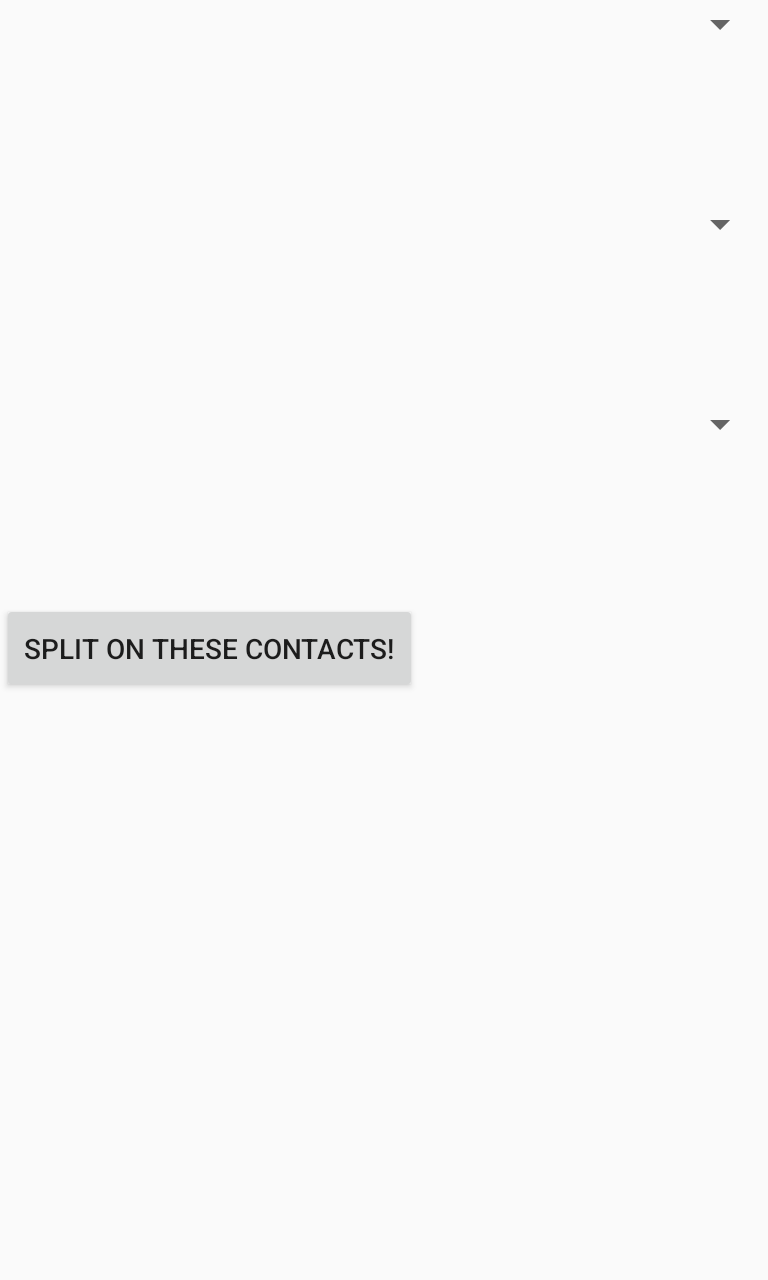
Repository: wisingd/Dajoroli
Layout: Workspace/SplitIt/res/layout/activity_split_adebt.xml
An editor plug-in stored every save of this project. The layout is shown before and after the next save, followed by the edit.
It is drawn on a 768 x 1280 px phone screen (xhdpi) without system bars, with theme AppTheme; the app's code is not run.

Above is the layout before, as saved 2014-05-16 08:39:49.

After the next save:
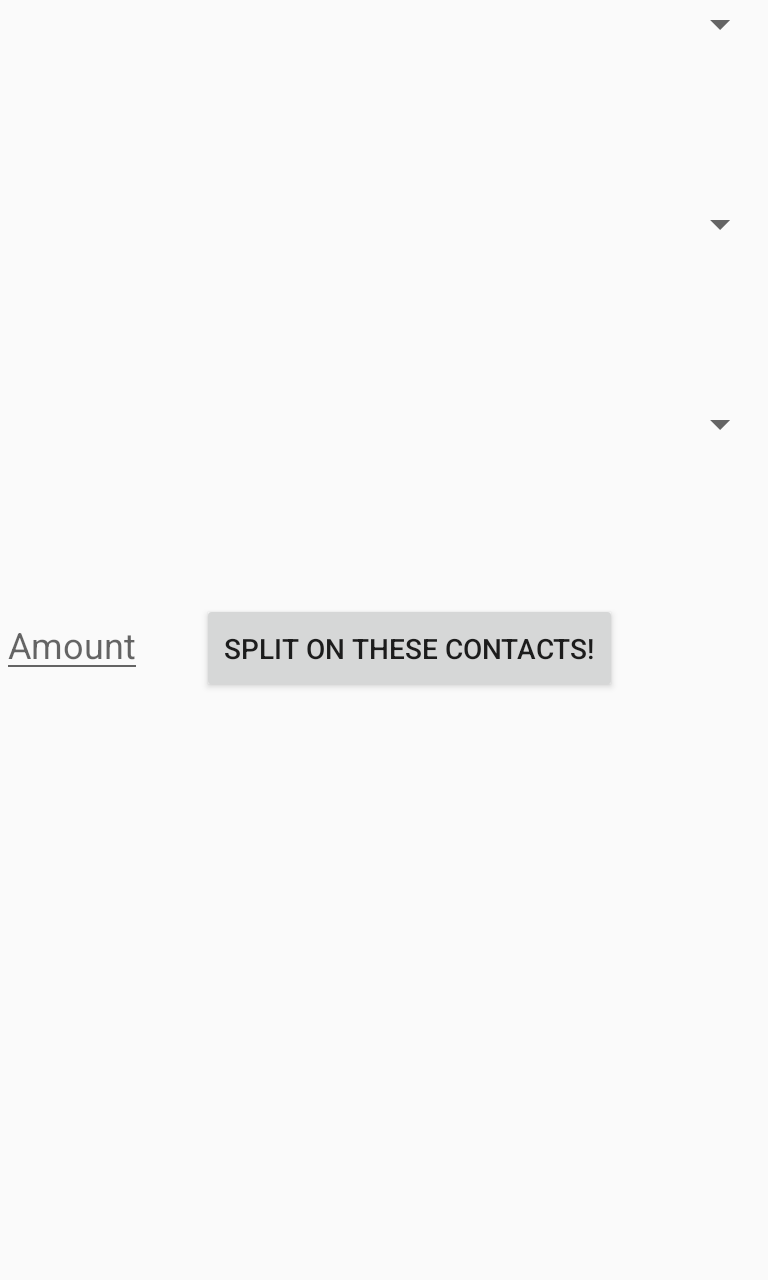
Saved 27 s later.
--- a/Workspace/SplitIt/res/layout/activity_split_adebt.xml
+++ b/Workspace/SplitIt/res/layout/activity_split_adebt.xml
@@ -34,9 +34,9 @@
     <Button
         android:layout_width="wrap_content"
         android:layout_height="wrap_content"
+        android:layout_marginLeft="100dp"
+        android:layout_marginTop="300dp"
         android:onClick="splitIt"
-        android:text="@string/splitOnThree"
-        android:layout_marginRight="100dp"
-        android:layout_marginTop="300dp" />
+        android:text="@string/splitOnThree" />
 
 </FrameLayout>
